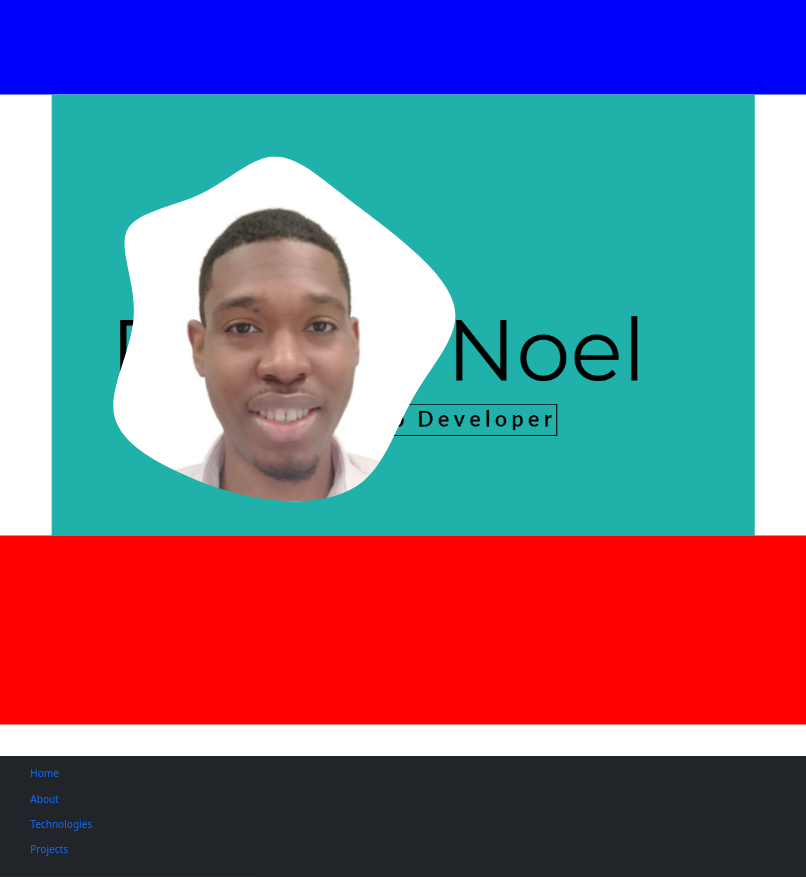
Repository: DNoel26/My_Dev_Portfolio
Page: index.html
The author's editor kept a copy of each file at every save. The page is drawn from the files as they stood at one save, then again after a run of saves.
The browser window is 1280 px wide. The pictures show the whole page, at 63% of full size.

Above is the page before, as saved 2021-01-28 18:15:30.

### index.html
<!DOCTYPE html>
<html lang="en">
<head>
    <meta charset="UTF-8">
    <meta name="viewport" content="width=device-width, initial-scale=1.0">
    <title>Homepage | Darnell Noel | Professional Portfolio | Full Stack Web Development</title>
    <link href="https://cdn.jsdelivr.net/npm/bootstrap@5.0.0-beta1/dist/css/bootstrap.min.css" rel="stylesheet" integrity="sha384-giJF6kkoqNQ00vy+HMDP7azOuL0xtbfIcaT9wjKHr8RbDVddVHyTfAAsrekwKmP1" crossorigin="anonymous">
    <link rel="stylesheet" href="/css/style.css">
</head>
<body>
    <header>
        <div>
            <nav class="">
                <!--Logo-->
                <a href="/" class="navbar-brand"><img src="/img/Darnell Noel-logos_black.png" alt="Darnell Noel's Full Stack Web Development Logo for his portfolio"></a>
            </nav>
            <nav class="navbar navbar-expand-md bg-dark navbar-dark">
                <!--Nav Links-->
                <ul>
                    <li class="nav-item">
                        <a href="/" class="nav-link">Home</a>
                    </li>
                    <li class="nav-item">
                        <a href="#about" class="nav-link">About</a>
                    </li>
                    <li class="nav-item">
                        <a href="#technologies" class="nav-link">Technologies</a>
                    </li>
                    <li class="nav-item">
                        <a href="#projects" class="nav-link">Projects</a>
                    </li>
                </ul>
            </nav>
        </div>
    </header>
    <main>
        <div>
            <section class="container hero">
                <div class="mx-auto">
                    <!--<img src="/img/profile_pic.jpg" alt="Darnell Noel's profile pic" class="prof-pic svg-clip">-->
                    <svg viewBox="0 0 200 200" xmlns="http://www.w3.org/2000/svg">
                        <defs>
                            <pattern id="img-pattern" x="-0.15" y="0" width="1.15" height="1">
                                <image href="/img/profile_pic_white_bg.jpg"/>
                            </pattern>
                        </defs>
                        <path fill="url(#img-pattern)" d="M30.8,-55.5C40.8,-47.6,50.2,-41,60.8,-32C71.3,-23,82.9,-11.5,83.1,0.1C83.2,11.7,72,23.4,64.2,37.1C56.3,50.7,51.8,66.4,41.7,75C31.6,83.7,15.8,85.4,0.8,84C-14.1,82.5,-28.2,77.9,-42.1,71.4C-56.1,64.9,-69.9,56.6,-71.8,44.4C-73.7,32.2,-63.7,16.1,-62.8,0.6C-61.8,-15,-69.9,-30,-65.8,-38.4C-61.7,-46.9,-45.5,-48.8,-32.5,-54.9C-19.5,-61,-9.8,-71.3,0.3,-71.9C10.4,-72.4,20.9,-63.3,30.8,-55.5Z" transform="translate(100 100)" />

                        <!--<defs>
                            <clipPath id="svg-clip">
                                <path d="M45.8,-76.7C59.5,-71.3,70.9,-59.4,77.1,-45.6C83.2,-31.7,84.1,-15.8,84.8,0.4C85.4,16.6,85.9,33.2,78.2,44.4C70.5,55.6,54.6,61.4,40.2,65.7C25.9,70.1,12.9,72.9,-0.9,74.5C-14.7,76,-29.4,76.2,-41.2,70.4C-53,64.5,-61.8,52.7,-69.1,39.9C-76.3,27.2,-82,13.6,-82.4,-0.2C-82.7,-14,-77.7,-28,-69.4,-38.9C-61,-49.7,-49.4,-57.5,-37.2,-63.8C-25.1,-70,-12.6,-74.8,1.7,-77.8C16,-80.8,32,-82,45.8,-76.7Z" transform="translate(100 100)" />
                            </clipPath>
                        </defs>-->
                    </svg>
                </div>
            </section>
        </div>
    </main>
    <footer>
        <div class="container-fluid">

        </div>
    </footer>
    <script src="https://cdn.jsdelivr.net/npm/bootstrap@5.0.0-beta1/dist/js/bootstrap.bundle.min.js" integrity="sha384-ygbV9kiqUc6oa4msXn9868pTtWMgiQaeYH7/t7LECLbyPA2x65Kgf80OJFdroafW" crossorigin="anonymous"></script>
</body>
</html>

### css/style.css
header {
    height: 150px;
    background-color: blue;
}

footer {
    background-color: red;
    height: 300px;
}

.hero > div:first-child {
    height: 700px;
    background-color: lightseagreen;
}

.prof-pic.svg-clip {
    height: 100%;
    -webkit-clip-path: url(#svg-clip);
    clip-path: url(#svg-clip);
}

svg,
svg image {
    height: 100%;
    width: auto;
}

After the next 2 saves:
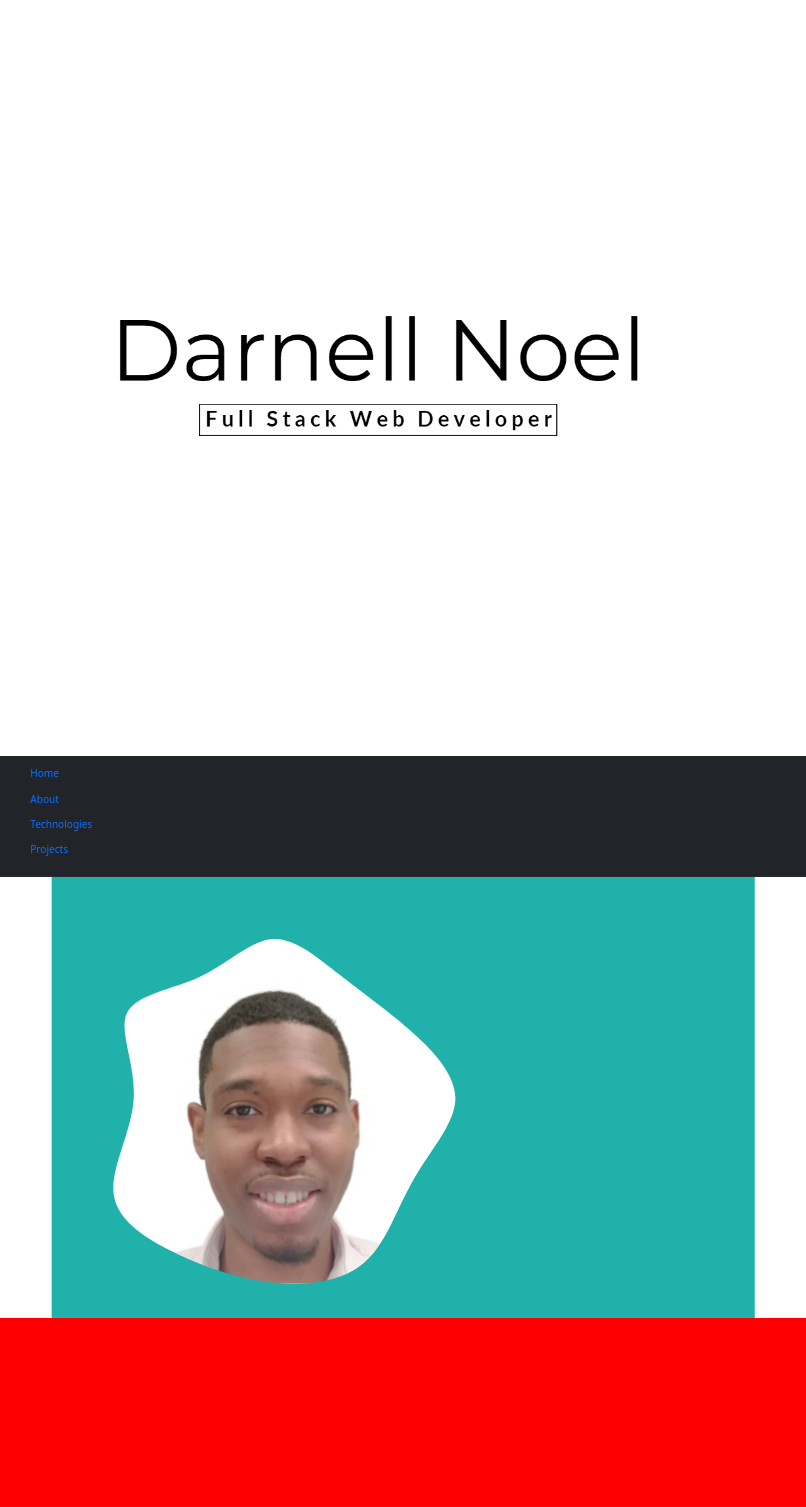
The 2 saves are shown as one change because they came seconds apart.
The last was saved 29 s later.
--- a/css/style.css
+++ b/css/style.css
@@ -1,6 +1,6 @@
 header {
-    height: 150px;
-    background-color: blue;
+    /*height: 150px;
+    background-color: blue;*/
 }
 
 footer {
